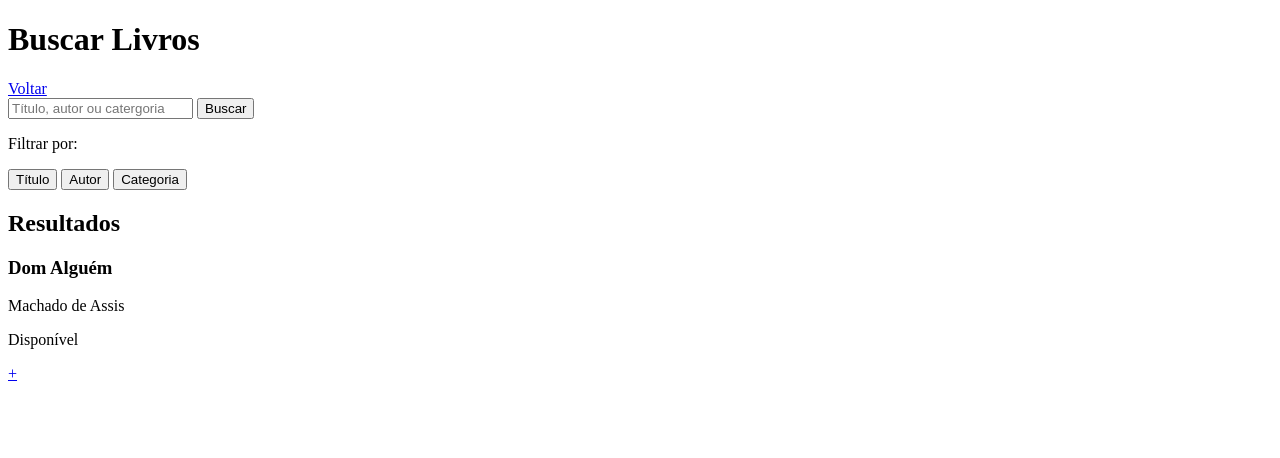
Repository: melloeduarda/html
Page: buscar.html
An editor plug-in stored every save of this project. The page is shown before and after a run of saves, followed by the edit.
The browser window is 1280 px wide. The pictures show the whole page.

Above is the page before, as saved 2026-10-28 16:10:39.

### buscar.html
<!DOCTYPE html>
<html lang="en">
<head>
    <meta charset="UTF-8">
    <meta name="viewport" content="width=device-width, initial-scale=1.0">
    <title>Buscar Livros</title>
</head>
<body>
    <header>
        <h1>Buscar Livros</h1>
        <a class="botao" href="index.html">Voltar</a>
    <header>

        <form>
            <input type="text" placeholder="Título, autor ou catergoria">
            <button type="submit">Buscar</button>
        <form>

            <p>Filtrar por:</p>
            <button>Título</button>
            <button>Autor</button>
            <button>Categoria</button>

            <h2>Resultados</h2>
            <div class="card">
                <h3>Dom Alguém</h3>
                <p>Machado de Assis</p>
                <p>Disponível</p>
                <a class="botao" href="confirmar.html">+</a>
            </div>

            <div class="card">
                <h3>
            </div>
</body>
</html>

After the next 4 saves:
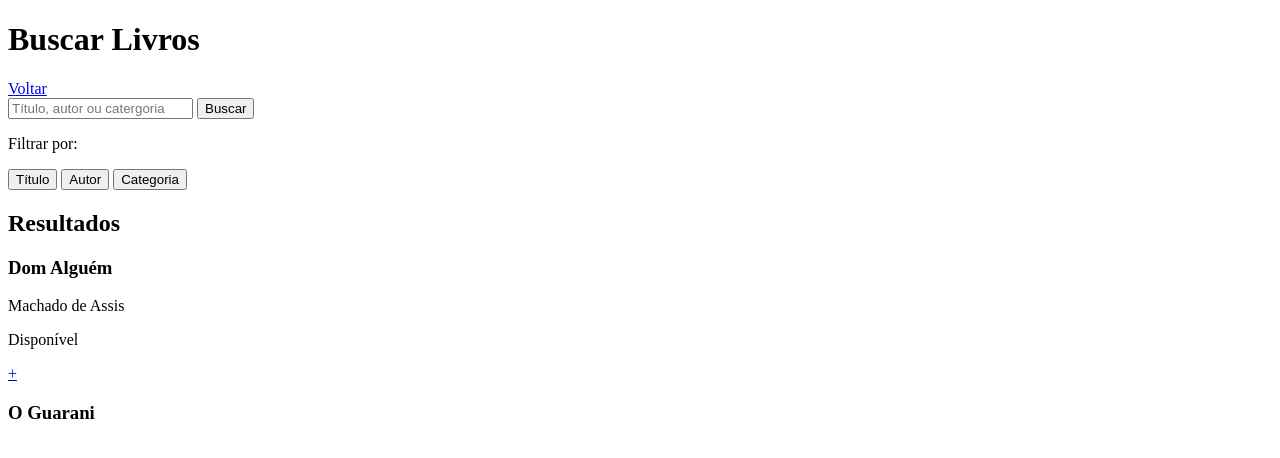
The 4 saves are shown as one change because they came seconds apart.
The last was saved 10 s later.
--- a/buscar.html
+++ b/buscar.html
@@ -30,7 +30,8 @@
             </div>
 
             <div class="card">
-                <h3>
+                <h3>O Guarani</h3>
+
             </div>
 </body>
 </html>
